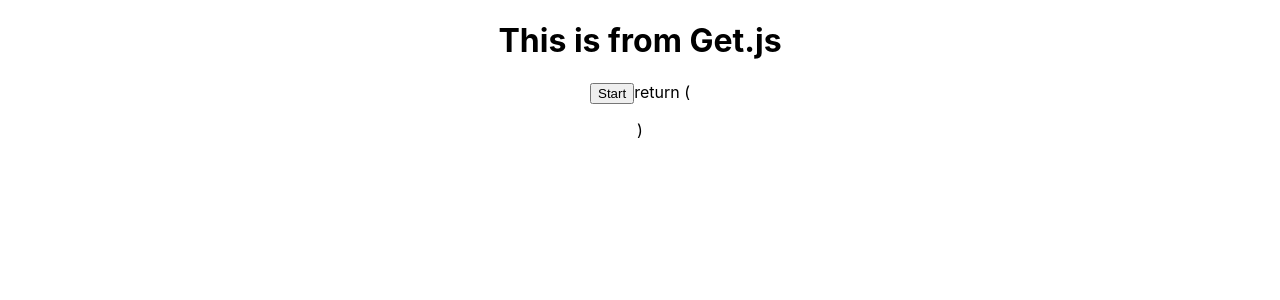
Repository: Imprasna/practising-API
Page: /
An editor plug-in stored every save of this project. The page is shown before and after a run of saves, followed by the edit.
The browser window is 1280 px wide. The pictures show the whole page.
The project was rebuilt for these pictures with package versions that can differ from the ones it lists, and the page was loaded fresh each time.

Above is the page before, as saved 2021-11-01 15:03:51.

After the next 2 saves:
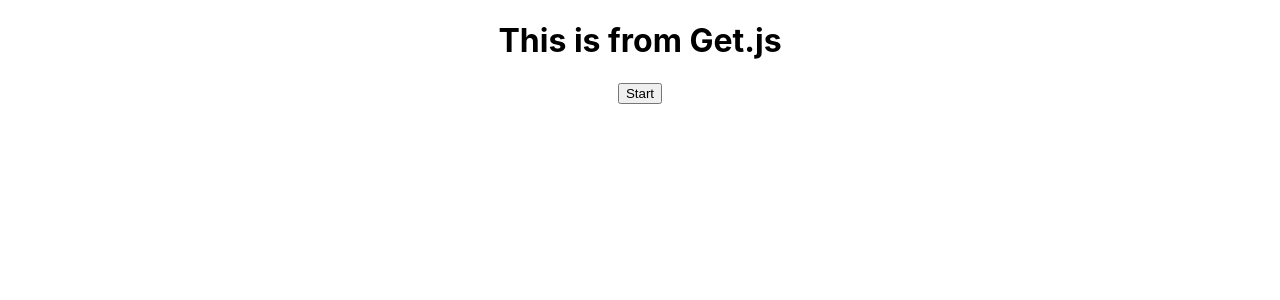
The 2 saves are shown as one change because they came seconds apart.
The last was saved 12 s later.
--- a/src/Get.js
+++ b/src/Get.js
@@ -30,10 +30,7 @@ const Get = () =>
         <div>
             <h1>This is from Get.js</h1>
             <button onClick={getData}>Start</button>
-            return (
-
             <p>{getPost.data }</p>
-            )
             {/* <p>{getPost.map((i) =>
             {
                 return (
